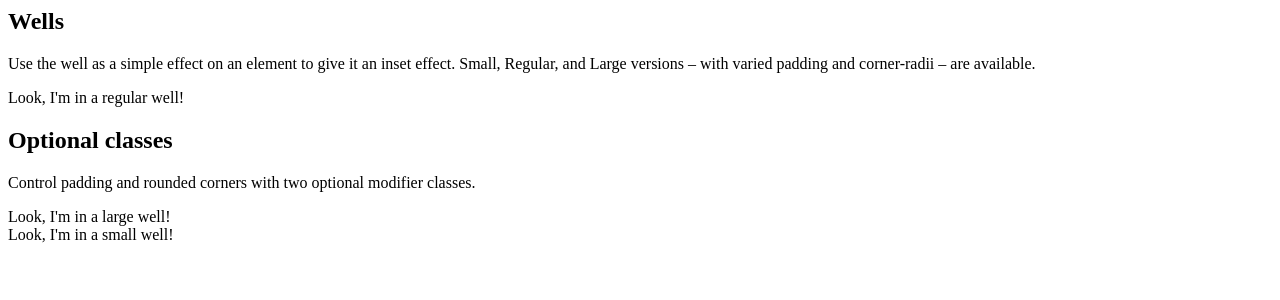
Repository: WTW-IM/bda-ui-toolkit
Page: docs/_includes/containers/wells.html
The author's editor kept a record of every edit. The page is drawn from the files as they stood at one moment, then again after the next edit.
The browser window is 1280 px wide. The pictures show the whole page.

Above is the page before.

### docs/_includes/containers/wells.html
<div class="bs-docs-section">
  <h2 id="wells" class="page-header">Wells</h2>

  <p>Use the well as a simple effect on an element to give it an inset effect. Small, Regular, and Large versions &ndash; with varied padding and corner-radii &ndash; are available.</p>
  <div class="bs-example" data-example-id="default-well">
    <div class="well">
      Look, I'm in a regular well!
    </div>
  </div>
  <h2>Optional classes</h2>
  <p>Control padding and rounded corners with two optional modifier classes.</p>
  <div class="bs-example" data-example-id="large-well">
    <div class="well well-lg">
      Look, I'm in a large well!
    </div>
  </div>

  <div class="bs-example" data-example-id="small-well">
    <div class="well well-sm">
      Look, I'm in a small well!
    </div>
  </div>

</div>

After the next edit:
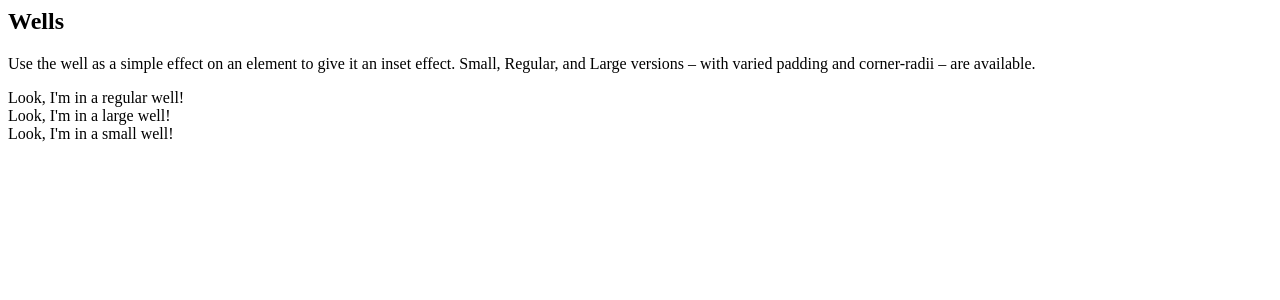
The edit:
--- a/docs/_includes/containers/wells.html
+++ b/docs/_includes/containers/wells.html
@@ -6,9 +6,10 @@
     <div class="well">
       Look, I'm in a regular well!
     </div>
+
+
   </div>
-  <h2>Optional classes</h2>
-  <p>Control padding and rounded corners with two optional modifier classes.</p>
+
   <div class="bs-example" data-example-id="large-well">
     <div class="well well-lg">
       Look, I'm in a large well!
